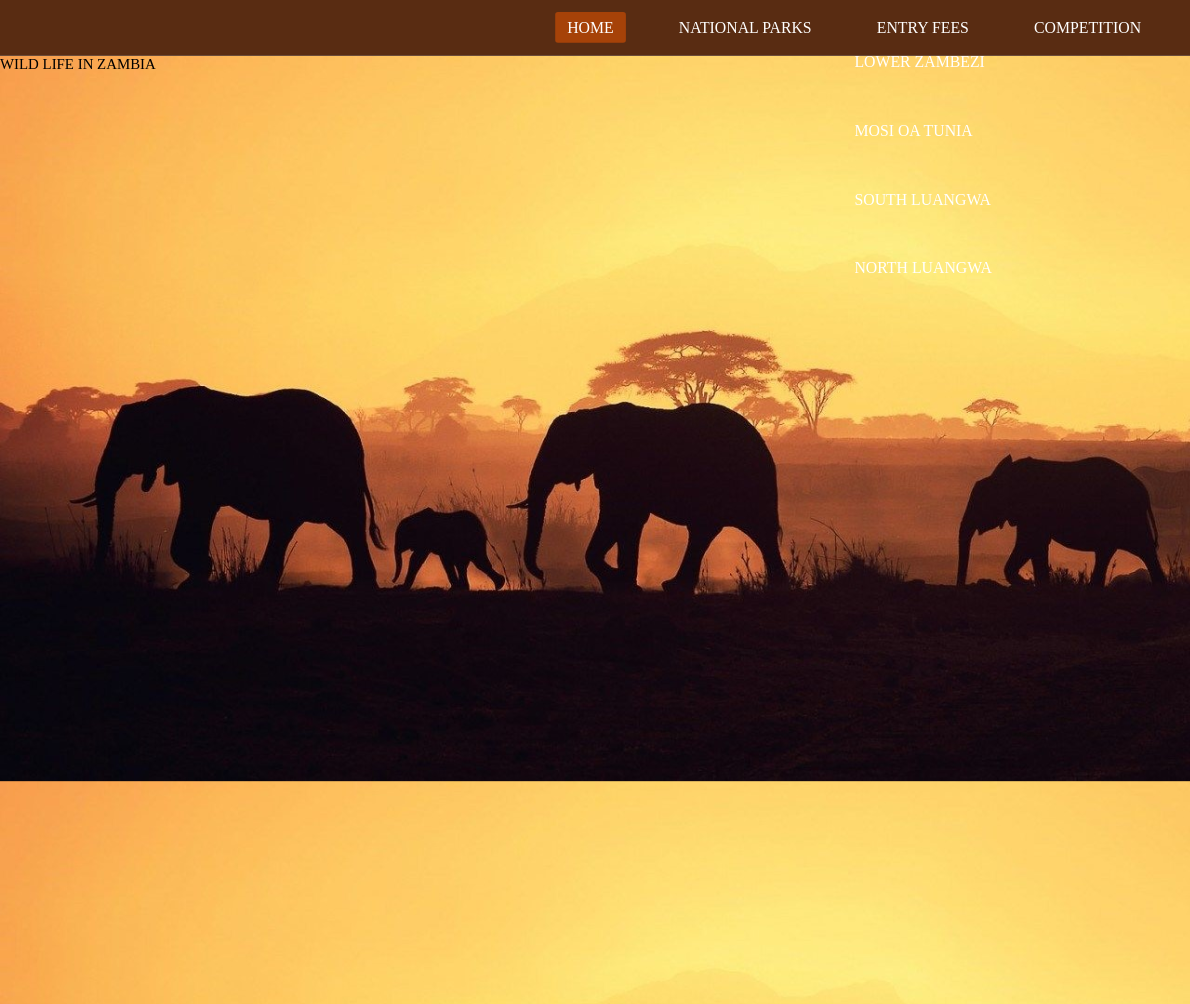
Repository: Lungdjos/web_assignment_3rd_yr
Page: home/index.html
An editor plug-in stored every save of this project. The page is shown before and after a run of saves, followed by the edit.
The browser window is 1280 px wide. The pictures show the whole page, at 93% of full size.
Some web libraries are served in a nearby version.

Above is the page before, as saved 2021-06-17 18:11:50.

### home/index.html
<!DOCTYPE html>
<html lang="en">

<head>
    <meta charset="UTF-8">
    <meta http-equiv="X-UA-Compatible" content="IE=edge">
    <meta name="viewport" content="width=device-width, initial-scale=1.0">
    <link rel="stylesheet" href="index.css">


    <title>Home</title>
    <script src="https://kit.fontawesome.com/a076d05399.js"></script>
</head>

<body>
    <nav>
        <input type="checkbox" id="check">
        <label for="check" class="checkbtn">
            <i class="fas fa-bars"></i>
        </label>
        <label class="logo">  </label>

        <ul>
            <li><a class="active" href="#">Home</a></li>
            <li><a href="#">National Parks</a>
                <ul>
                    <li>
                        <a href="/national parks/lower_zambezi/Lower_Zambezi.html">Lower Zambezi</a>
                    </li>
                    <li>
                        <a href="/national parks/mosi-oa-tunia/Mosi-oa-Tunya.html">Mosi oa Tunia</a>
                    </li>
                    <li>
                        <a href="/national parks/south_luangwa/South_Luangwa.html">South Luangwa</a>
                    </li>
                    <li>
                        <a href="/national parks/north_luangwa/North_Luangwa.html">North Luangwa</a>
                    </li>
                </ul>
            </li>
            <li><a href="/entry fee/entry_fee.html">Entry Fees</a></li>
            <li><a href="/competition/competition.html">Competition</a></li>

        </ul>
    </nav>
    <section>
        <p class="welcome">WILD LIFE IN ZAMBIA</p>
    </section>




</body>

</html>

### home/index.css
* {
    padding: 0;
    margin: 0;
    text-decoration: none;
    box-sizing: border-box;
}

body {
    font-family: montserrat;
}

nav {
    background: #592C12;
    height: 60px;
    width: 100%;
}

label.logo {
    color: white;
    font-size: 35;
    line-height: 60px;
    padding: 0 100px;
    font-weight: bold;
}

nav ul {
    float: right;
    margin-right: 20px;
}

nav ul li {
    display: inline-block;
    line-height: 60px;
    margin: 0 20px;
}

nav ul li a {
    color: white;
    font-size: 17px;
    padding: 7px 13px;
    border-radius: 3px;
    text-transform: uppercase;
}

a.active,
a:hover {
    background: #A64208;
    transition: 0.5s;
}

.checkbtn {
    font-size: 30px;
    color: white;
    float: right;
    line-height: 60px;
    margin-right: 40px;
    cursor: pointer;
    display: none;
}

#check {
    display: none;
}

@media (max-width: 1080px) {
    label.logo {
        font-size: 30px;
        padding-left: 50px;
    }
    nav ul li a {
        font-size: 16px;
    }
}

@media (max-width: 1080px) {
    .checkbtn {
        display: block;
    }
    ul {
        position: fixed;
        width: 100%;
        height: 100vh;
        background: #592C12;
        top: 80px;
        left: -100%;
        text-align: center;
        transition: all 0.5s;
    }
    nav ul li {
        display: block;
        margin: 50px 0;
        line-height: 20px;
    }
    nav ul li a {
        font-size: 20px;
        font-family: Arial, Helvetica, sans-serif;
    }
    a:hover,
    a.active {
        background: none;
        color: #F2D1B3;
    }
    #check:checked~ul {
        left: 0;
    }
}

section {
    background: url(/assets/images/elephants.jpg);
    background-size: no repeat;
    height: calc(150vh - 60px);
}


/**New Content Added*/


/*nav ul li ul a {
    display: block;
    padding: 0 15px;
    color: white;
    text-decoration: none;
}*/

nav ul li:hover>ul {
    display: block;
}

nav ul ul {
    position: absolute;
    top: 30px;
    list-style-type: none;
    display: inline-block;
    line-height: 60px;
}

nav nav ul ul a {
    width: 100%;
    float: none;
    display: list-item;
    position: relative;
}

nav ul ul li a {
    display: list-item;
    list-style-type: none;
    position: inherit;
}

After the next 3 saves:
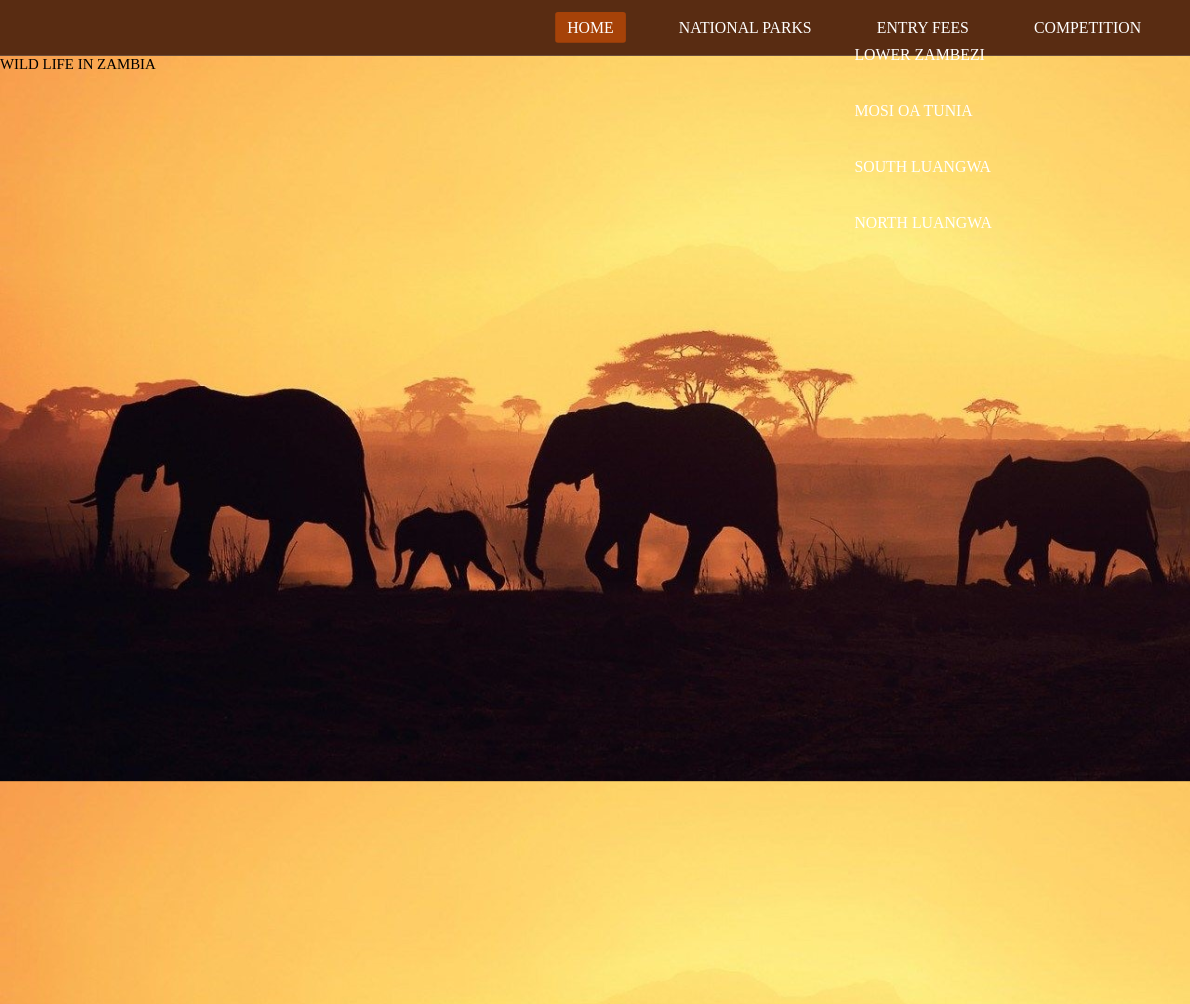
The 3 saves are shown as one change because they came seconds apart.
The last was saved 10 s later.
--- a/home/index.css
+++ b/home/index.css
@@ -1,4 +1,4 @@
-* {
+    * {
     padding: 0;
     margin: 0;
     text-decoration: none;
@@ -134,15 +134,15 @@
     line-height: 60px;
 }
 
-nav nav ul ul a {
-    width: 100%;
-    float: none;
-    display: list-item;
-    position: relative;
-}
-
-nav ul ul li a {
-    display: list-item;
-    list-style-type: none;
-    position: inherit;
-}
+nav ul ul li {
+    nav ul ul a {
+        width: 100%;
+        float: none;
+        display: list-item;
+        position: relative;
+    }
+    nav ul ul li a {
+        display: list-item;
+        list-style-type: none;
+        position: inherit;
+    }
